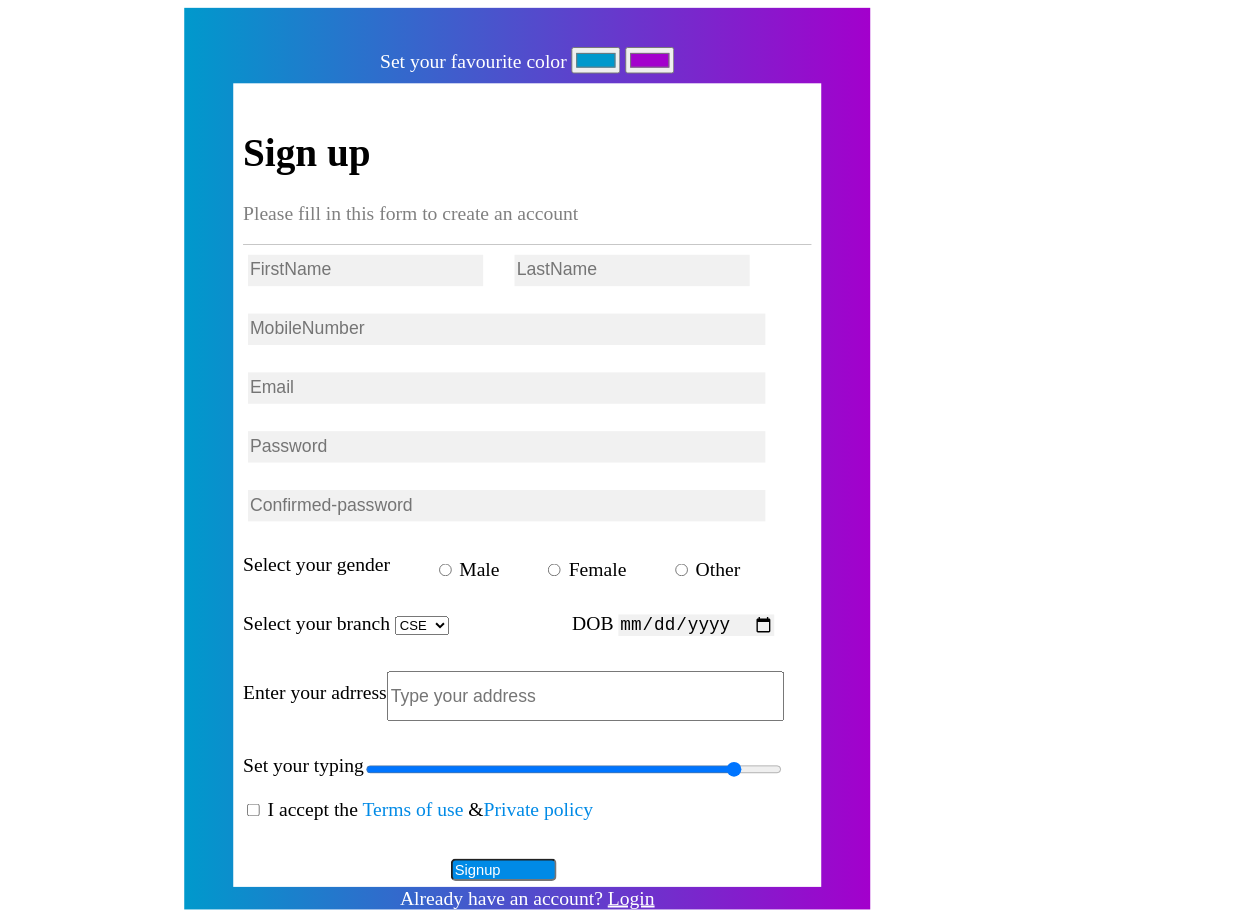
Repository: pothupreethi/Javascript
Page: javaScript/js-assignments/sign-up-form/sign-up.html
The author's editor kept a record of every edit. The page is drawn from the files as they stood at one moment, then again after the next edit.
The browser window is 1280 px wide. The pictures show the whole page, at 98% of full size.

Above is the page before.

After the next edit:
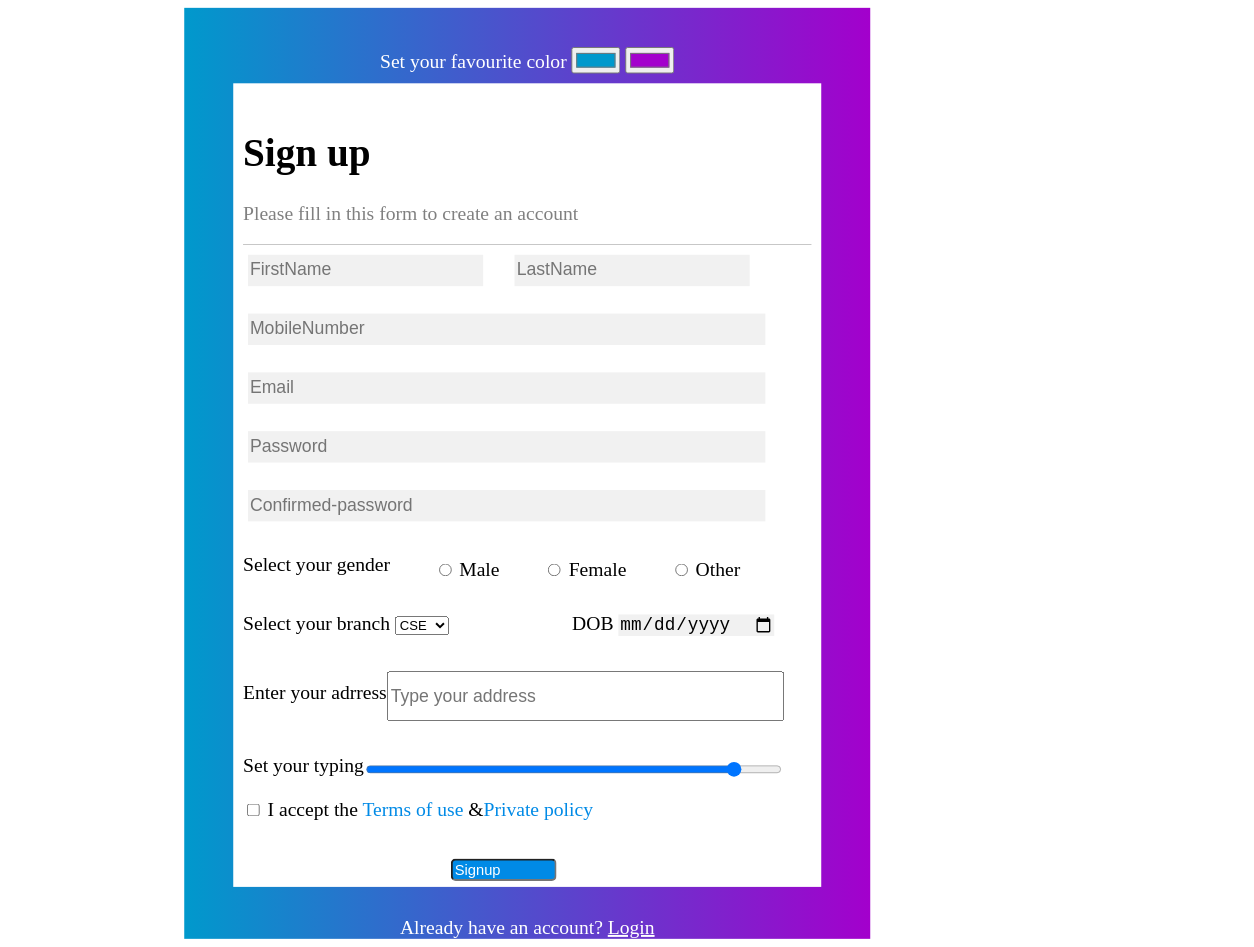
The edit:
--- a/javaScript/js-assignments/sign-up-form/sign-up.css
+++ b/javaScript/js-assignments/sign-up-form/sign-up.css
@@ -3,6 +3,7 @@
 
     margin-left: 50px;
     margin-right: 50px;
+    margin-bottom: 30px;
 
 }
 
